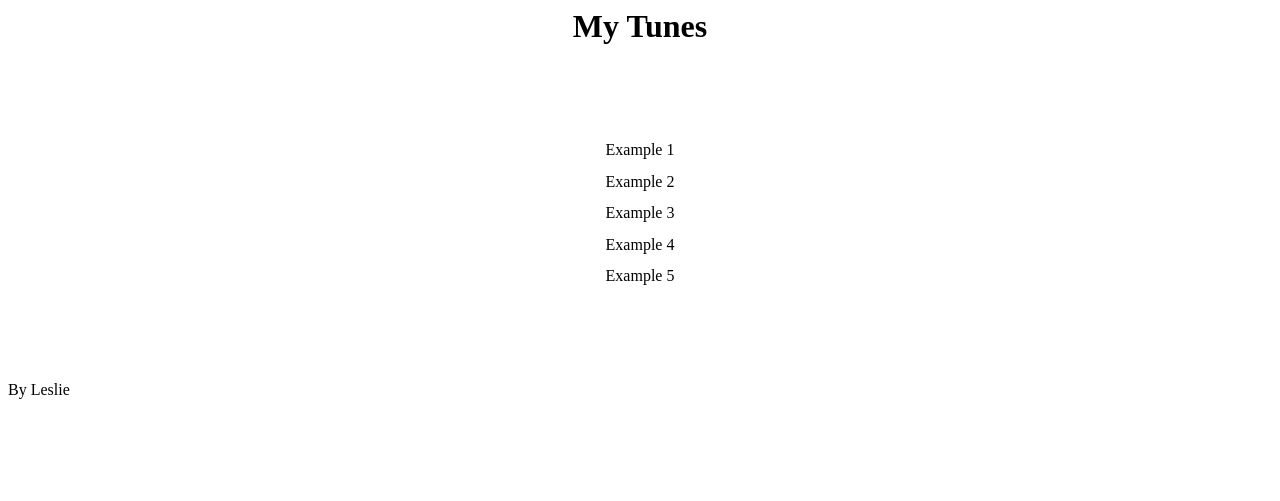
Repository: leslie179/labOne
Page: /
An editor plug-in stored every save of this project. The page is shown before and after the next save, followed by the edit.
The browser window is 1280 px wide. The pictures show the whole page.
The project was rebuilt for these pictures with package versions that can differ from the ones it lists, and the page was loaded fresh each time. The framework's server and built-in components were replaced by stand-ins that run in the browser. Also part of the build but not shown: next.config.js, components/Footer/Footer.module.css.

Above is the page before, as saved 2024-09-15 21:27:39.

### pages/index.js
import Head from 'next/head'
import styles from '@/styles/Home.module.css'
import Footer from '@/components/Footer'
import Header from '@/components/Header'
import Link from 'next/link'

export default function Home() {
  return (
    <>
      <Head>
        <title>Create Next App</title>
        <meta name="description" content="Generated by create next app" />
        <meta name="viewport" content="width=device-width, initial-scale=1" />
        <link rel="icon" href="/favicon.ico" />
      </Head>
      <Header/>
      <main className={`${styles.main}`}>
        <Link href={'/ExampleOne'}>Example 1</Link>
        <Link href={'/ExampleTwo'}>Example 2</Link>
        <Link href={'/ExampleThree'}>Example 3</Link>
        <Link href={'/ExampleFour'}>Example 4</Link>
        <Link href={'/ExampleFive'}>Example 5</Link>
      </main>
      <Footer/>
    </>
  )
}

### styles/globals.css
:root {


}

a {
  color: inherit;
  text-decoration: none;
}

### styles/Home.module.css
.main {
  display: flex;
  flex-direction: column;
  justify-content: space-between;
  align-items: center;
  padding: 6rem;
  min-height: 20vh;
}

### components/Footer/index.js
import styles from "./Footer.module.css"

export default function Footer() {
    return(
        <footer className={styles.Footer}>
            By Leslie
        </footer>
    )
}

### components/Header/index.js
import styles from './Header.module.css';


export default function Header() {
    return (
        <header className={styles.header}>
            <h1>My Tunes</h1>
        </header>
    );
}

### components/Header/Header.module.css
.header {
    text-align: center;
    padding-top: 5;
  }

  .header h1 {
    margin: 0;
    padding: 0;
    font-size: 2rem; /* Adjust as needed */
  }

Loaded but not shown: pages/_app.js (common file); pages/_document.js (common file)

After the next save:
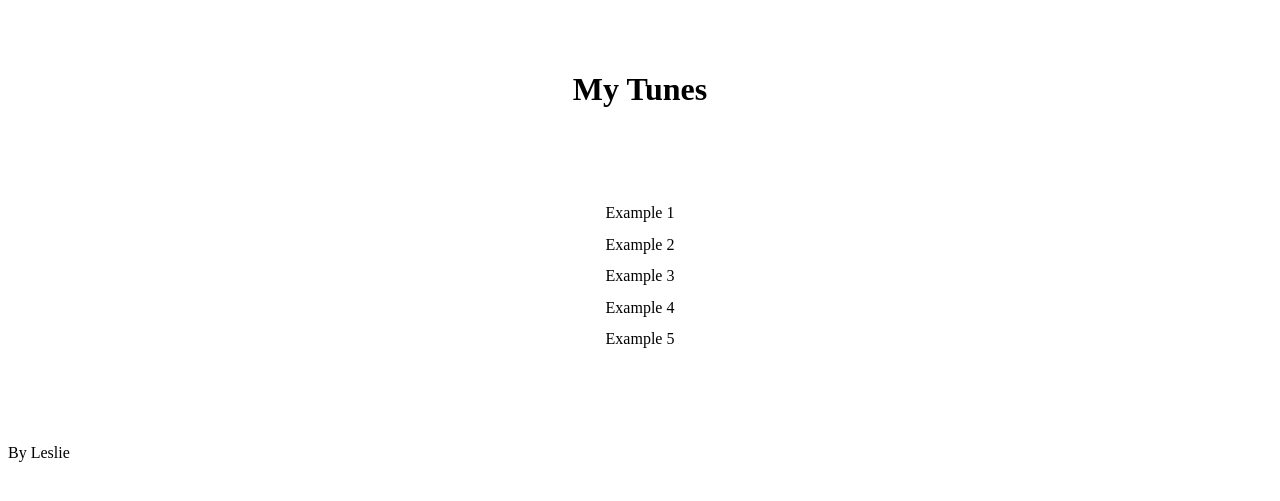
Saved 5 s later.
--- a/components/Header/Header.module.css
+++ b/components/Header/Header.module.css
@@ -1,6 +1,6 @@
 .header {
     text-align: center;
-    padding-top: 5;
+    padding-top: 5%;
   }
 
   .header h1 {
